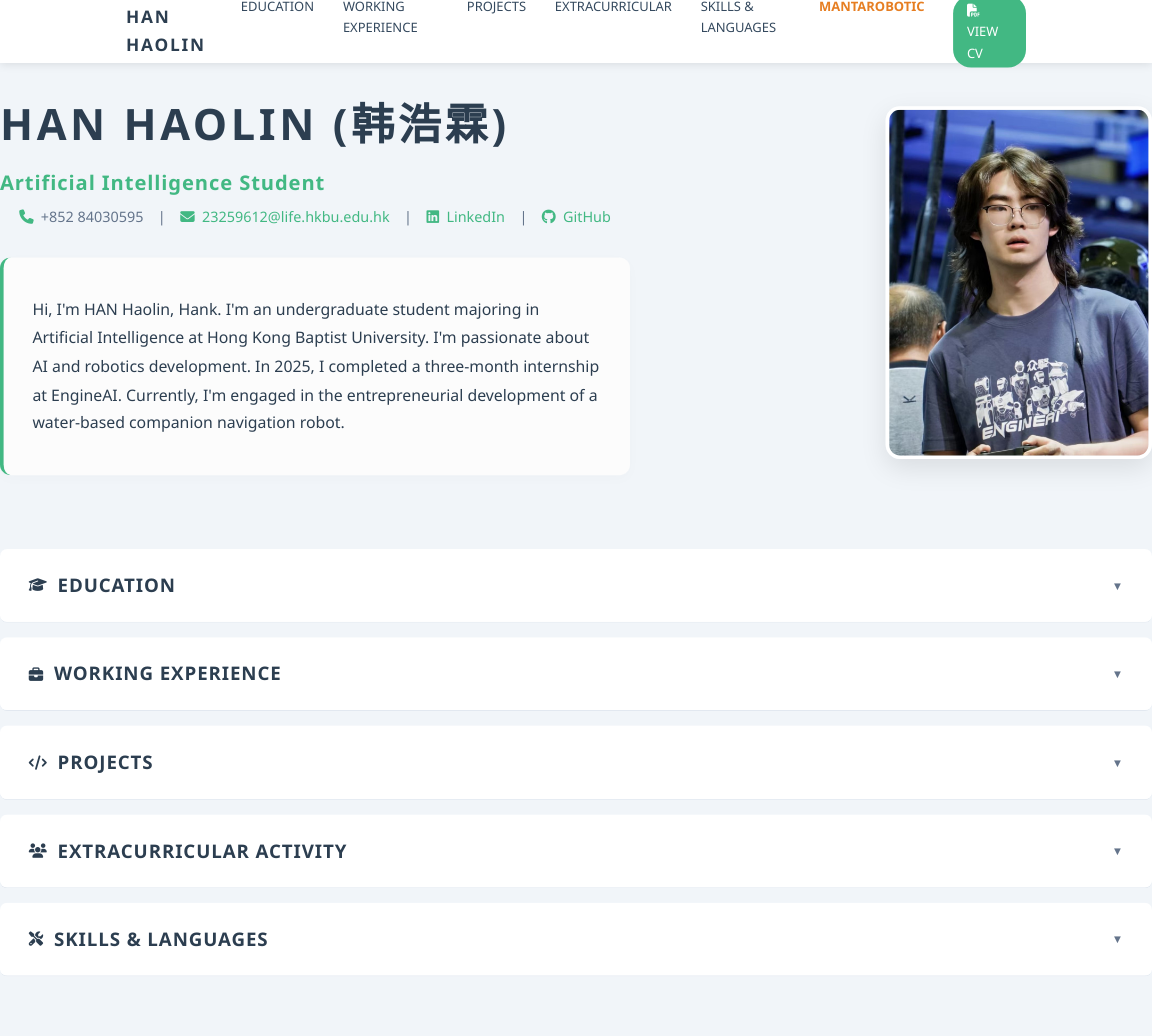
Repository: hhl2802149944-afk/hhl2802149944-afk.github.io
Page: /
The author's editor kept a copy of each file at every save. The page is drawn from the files as they stood at one save, then again after the next save.
The browser window is 1280 px wide. The pictures show the whole page, at 90% of full size.
The project was rebuilt for these pictures with package versions that can differ from the ones it lists, and the page was loaded fresh each time. Also part of the build but not shown: vite.config.js, src/components/ProjectCard.vue, src/views/MantaRoboticView.vue.

Above is the page before, as saved 2026-01-22 11:15:13.

### index.html
<!DOCTYPE html>
<html lang="en">
  <head>
    <meta charset="UTF-8">
    <link rel="icon" href="/favicon.ico">
    <meta name="viewport" content="width=device-width, initial-scale=1.0">
    <title>Han Haolin - Resume</title>
  </head>
  <body>
    <div id="app"></div>
    <script type="module" src="/src/main.js"></script>
  </body>
</html>

### src/main.js
import { createApp } from 'vue'
import App from './App.vue'
import router from './router'
import './assets/main.css'
import '@fortawesome/fontawesome-free/css/all.css'

const app = createApp(App)

app.use(router)

app.mount('#app')

### src/App.vue
<script setup>
import { RouterView } from 'vue-router'
</script>

<template>
  <RouterView />
</template>

<style>
/* Global styles can go here */
</style>

### src/router/index.js
import { createRouter, createWebHistory } from 'vue-router'
import HomeView from '../views/HomeView.vue'
import MantaRoboticView from '../views/MantaRoboticView.vue'

const router = createRouter({
  history: createWebHistory(import.meta.env.BASE_URL),
  routes: [
    {
      path: '/',
      name: 'home',
      component: HomeView
    },
    {
      path: '/manta-robotic',
      name: 'manta-robotic',
      component: MantaRoboticView
    }
  ]
})

export default router

### src/assets/main.css
:root {
  --primary-color: #2c3e50;
  --secondary-color: #34495e;
  --accent-color: #42b883;
  --text-color: #2c3e50;
  --light-text: #64748b;
  --bg-color: #f1f5f9;
  --card-bg: #ffffff;
  --border-color: #e2e8f0;
}

body {
  margin: 0;
  font-family: 'Segoe UI', Roboto, Helvetica, Arial, sans-serif;
  background-color: var(--bg-color);
  color: var(--text-color);
  line-height: 1.6;
}

.home {
  max-width: 1000px;
  margin: 0 auto;
  min-height: 100vh;
  background-color: white;
  box-shadow: 0 0 20px rgba(0,0,0,0.05);
  padding: 3rem 4rem;
}

h1, h2, h3, h4 {
  color: var(--primary-color);
  margin-top: 0;
}

a {
  color: var(--accent-color);
  text-decoration: none;
  transition: color 0.2s;
}

a:hover {
  color: var(--secondary-color);
  text-decoration: underline;
}

@media (max-width: 768px) {
  .home {
    padding: 2rem;
  }
}

@media (max-width: 480px) {
  .home {
    padding: 1rem;
  }
}

### src/views/HomeView.vue
<script setup>
import NavBar from '../components/NavBar.vue'
import ResumeHeader from '../components/ResumeHeader.vue'
import ResumeSection from '../components/ResumeSection.vue'
import ProjectCard from '../components/ProjectCard.vue'

const resumeData = {
  name: "Han Haolin (韩浩霖)",
  title: "Artificial Intelligence Student",
  summary: "Hi, I'm HAN Haolin, Hank. I'm an undergraduate student majoring in Artificial Intelligence at Hong Kong Baptist University. I'm passionate about AI and robotics development. In 2025, I completed a three-month internship at EngineAI. Currently, I'm engaged in the entrepreneurial development of a water-based companion navigation robot.",
  contact: {
    phone: "+852 84030595",
    email: "23259612@life.hkbu.edu.hk",
    linkedin: "https://linkedin.com/in/HaolinHAN",
    github: "https://github.com/hhl2802149944-afk"
  },
  education: {
    school: "Hong Kong Baptist University",
    major: "Artificial Intelligence",
    gpa: "3.01/4",
    courses: ["Artificial Intelligence and Machine Learning", "Software Engineering", "Data Communications and Networking"]
  },
  experience: [
    {
      name: "EngineAI Robotics Technology Co., Ltd.",
      date: "May - Aug 2025",
      role: "Robot Embedded Software Intern",
      details: [
        "Learning robot embedded software development based on the Ubuntu system, conducting factory testing of products and developing with the Intel RealSense D435i.",
        "Participate in world-class artificial intelligence exhibitions such as Macau EXPO and WRC, showcasing company products while conducting market research and sales activities"
      ]
    },
    {
      name: "Student Helper for Computer Science",
      date: "Nov - Dec 2024",
      role: "Hong Kong Baptist University",
      details: [
        "Facilitated weekly Python programming labs under professor supervision.",
        "Providing hands-on coding guidance to 30+ undergraduate students."
      ]
    }
  ],
  projects: [
    {
      name: "Internship Management System Documentation",
      date: "Oct 2025 - Dec 2025",
      role: "Software Engineering Project",
      details: [
        "Proposal for Enhancements and Testing Plan for the Internship System.",
        "Total: 105 pages, 13,377 words."
      ]
    },
    {
      name: "Online Multiplayer Drawing and Chat Platform",
      date: "2025",
      role: "Full-Stack Developer",
      details: [
        "Designed and implemented a real-time multiplayer drawing and chat system.",
        "Full-Stack Design for a Library Management Website."
      ]
    },
    {
      name: "Java Game Development Portfolio",
      date: "2024",
      role: "Game Programmer",
      details: [
        "Successfully developed three classic games: Labyrinth, Tetris, and Modern Art.",
        "Designed and developed an original computer game as an independent project."
      ]
    },
    {
      name: "Soccer Recognition AI System",
      date: "2025",
      role: "AI Developer",
      details: [
        "Developed an autonomous model for identifying and tracking players and the ball in soccer footage.",
        "Implemented computer vision algorithms to process real-time sports video data."
      ]
    }
  ],
  extracurricular: [
    {
      name: "Internal Vice President",
      date: "Apr 2024 - Apr 2025",
      role: "HKBU Chinese Students and Scholars Association",
      details: [
        "Communicated with executive board members, organized team building, and improved cohesion.",
        "Organised a two-week orientation programme for 300 new mainland students.",
        "Managed a total of 13 events during the year."
      ]
    },
    {
      name: "ROBOCON 2025，HKBU",
      date: "Dec 2024 - Jan 2025",
      role: "Mechanical Design and Programming Engineer",
      details: [
        "Mechanical designer for the HKBU team in the 2025 Robocon robotics competition.",
        "Assisted with site identification and programming of AI autonomous task modules."
      ]
    }
  ],
  skills: {
    programming: ["Python", "Java", "Javascript", "HTML", "Markdown"],
    ai_tech: ["CNN", "RNN", "GAN", "Ubuntu"],
    publicity: ["Canva", "WeChat Public", "Capcut"]
  },
  languages: [
    { name: "Mandarin", level: "Native" },
    { name: "English", level: "Fluent" },
    { name: "Cantonese", level: "Basic" }
  ]
}
</script>

<template>
  <NavBar />
  <main class="resume-container">
    <ResumeHeader
      :name="resumeData.name"
      :title="resumeData.title"
      :contact="resumeData.contact"
      :summary="resumeData.summary"
    />

    <ResumeSection title="Education" id="education">
      <template #icon><i class="fas fa-graduation-cap"></i></template>
      <div class="education-item">
        <div class="edu-header">
          <h3>{{ resumeData.education.school }}</h3>
          <span class="gpa">cGPA: {{ resumeData.education.gpa }}</span>
        </div>
        <p class="major">Major: {{ resumeData.education.major }}</p>
        <p class="courses"><strong>Core Courses:</strong> {{ resumeData.education.courses.join(', ') }}</p>
      </div>
    </ResumeSection>

    <ResumeSection title="Working Experience" id="experience">
      <template #icon><i class="fas fa-briefcase"></i></template>
      <ProjectCard
        v-for="(exp, index) in resumeData.experience"
        :key="index"
        :project="exp"
      />
    </ResumeSection>

    <ResumeSection title="Projects" id="projects">
      <template #icon><i class="fas fa-code"></i></template>
      <ProjectCard
        v-for="(proj, index) in resumeData.projects"
        :key="index"
        :project="proj"
      />
    </ResumeSection>

    <ResumeSection title="Extracurricular Activity" id="extracurricular">
      <template #icon><i class="fas fa-users"></i></template>
      <ProjectCard
        v-for="(item, index) in resumeData.extracurricular"
        :key="index"
        :project="item"
      />
    </ResumeSection>

    <ResumeSection title="Skills & Languages" id="skills">
      <template #icon><i class="fas fa-tools"></i></template>
      <div class="skills-lang-grid">
        <div class="skills-grid">
          <div class="skill-category">
            <h4>Programming</h4>
            <div class="skill-tags">
              <span v-for="skill in resumeData.skills.programming" :key="skill" class="tag">{{ skill }}</span>
            </div>
          </div>
          <div class="skill-category">
            <h4>AI & Tools</h4>
            <div class="skill-tags">
              <span v-for="skill in resumeData.skills.ai_tech" :key="skill" class="tag">{{ skill }}</span>
            </div>
          </div>
          <div class="skill-category">
            <h4>Publicity & Design</h4>
            <div class="skill-tags">
              <span v-for="skill in resumeData.skills.publicity" :key="skill" class="tag">{{ skill }}</span>
            </div>
          </div>
        </div>

        <div class="lang-list">
          <div v-for="lang in resumeData.languages" :key="lang.name" class="lang-item">
            <span class="lang-name">{{ lang.name }}</span>
            <span class="lang-level">{{ lang.level }}</span>
          </div>
        </div>
      </div>
    </ResumeSection>
  </main>
</template>

<style scoped>
.resume-container {
  padding-bottom: 50px;
}

.education-item {
  margin-bottom: 1.5rem;
}

.edu-header {
  display: flex;
  justify-content: space-between;
  align-items: center;
}

.major {
  font-weight: bold;
  color: var(--accent-color);
  margin: 0.2rem 0;
}

.courses {
  font-size: 0.9rem;
  color: #555;
}

.skills-lang-grid {
  display: grid;
  grid-template-columns: 2fr 1fr;
  gap: 2rem;
  align-items: start;
}

.skills-grid {
  display: flex;
  flex-direction: column;
  gap: 1.5rem;
}

.skill-category h4 {
  margin-bottom: 1rem;
  color: var(--secondary-color);
  border-bottom: 1px solid #ddd;
  padding-bottom: 0.3rem;
  font-size: 1rem;
}

.skill-tags {
  display: flex;
  flex-wrap: wrap;
  gap: 0.5rem;
}

.tag {
  background: #eef2f7;
  padding: 0.3rem 0.8rem;
  border-radius: 15px;
  font-size: 0.85rem;
  color: var(--primary-color);
}

.lang-list {
  display: flex;
  flex-direction: column;
  gap: 0.8rem;
}

.lang-item {
  display: flex;
  justify-content: space-between;
  padding: 0.5rem;
  background: white;
  border-radius: 4px;
  border-left: 3px solid var(--accent-color);
  box-shadow: 0 1px 3px rgba(0,0,0,0.05);
}

.lang-name {
  font-weight: bold;
}

.lang-level {
  color: #666;
  font-size: 0.9rem;
}

@media (max-width: 768px) {
  .skills-lang-grid {
    grid-template-columns: 1fr;
  }
}
</style>

### src/components/NavBar.vue
<script setup>
import { ref } from 'vue'
import { useRouter, useRoute } from 'vue-router'

const router = useRouter()
const route = useRoute()
const isMenuOpen = ref(false)

const sections = [
  { id: 'education', name: 'Education' },
  { id: 'experience', name: 'Working Experience' },
  { id: 'projects', name: 'Projects' },
  { id: 'extracurricular', name: 'Extracurricular' },
  { id: 'skills', name: 'Skills & Languages' }
]

const scrollToSection = async (id) => {
  if (route.name !== 'home') {
    await router.push({ name: 'home' })
    // Wait for the DOM to update
    setTimeout(() => {
      const el = document.getElementById(id)
      if (el) {
        el.scrollIntoView({ behavior: 'smooth' })
      }
    }, 100)
  } else {
    const el = document.getElementById(id)
    if (el) {
      el.scrollIntoView({ behavior: 'smooth' })
    }
  }
  isMenuOpen.value = false
}

const goToMantaRobotic = () => {
  router.push({ name: 'manta-robotic' })
  isMenuOpen.value = false
}
</script>

<template>
  <nav class="navbar">
    <div class="nav-container">
      <div class="nav-logo" @click="scrollToSection('hero')">HAN HAOLIN</div>

      <div class="nav-links" :class="{ 'nav-active': isMenuOpen }">
        <div v-for="section in sections"
             :key="section.id"
             class="nav-item"
             @click="scrollToSection(section.id)">
          {{ section.name }}
        </div>
        <div class="nav-item highlight" @click="goToMantaRobotic">
          MantaRobotic
        </div>
        <a href="/assets/HAN Haolin's CV.pdf" target="_blank" class="nav-item cv-button">
          <i class="fas fa-file-pdf"></i> View CV
        </a>
      </div>

      <div class="burger" @click="isMenuOpen = !isMenuOpen">
        <div class="line1"></div>
        <div class="line2"></div>
        <div class="line3"></div>
      </div>
    </div>
  </nav>
</template>

<style scoped>
.navbar {
  position: fixed;
  top: 0;
  left: 0;
  width: 100%;
  height: 70px;
  background: white;
  display: flex;
  justify-content: center;
  align-items: center;
  z-index: 1000;
  box-shadow: 0 2px 10px rgba(0,0,0,0.1);
}

.nav-container {
  width: 100%;
  max-width: 1000px;
  display: flex;
  justify-content: space-between;
  align-items: center;
  padding: 0 4rem;
}

.nav-logo {
  font-weight: bold;
  font-size: 1.2rem;
  letter-spacing: 2px;
  cursor: pointer;
  color: var(--primary-color);
}

.nav-links {
  display: flex;
  gap: 2rem;
}

.nav-item {
  cursor: pointer;
  font-weight: 500;
  color: var(--secondary-color);
  transition: color 0.3s;
  font-size: 0.9rem;
  text-transform: uppercase;
}

.nav-item:hover {
  color: var(--accent-color);
}

.nav-item.highlight {
  color: #e67e22;
  font-weight: bold;
}

.cv-button {
  background: var(--accent-color);
  color: white !important;
  padding: 5px 15px;
  border-radius: 20px;
  transition: transform 0.2s, background 0.2s;
  text-decoration: none !important;
}

.cv-button:hover {
  transform: translateY(-2px);
  background: var(--secondary-color);
}

.burger {
  display: none;
  cursor: pointer;
}

.burger div {
  width: 25px;
  height: 3px;
  background-color: var(--primary-color);
  margin: 5px;
  transition: all 0.3s ease;
}

@media screen and (max-width: 768px) {
  .nav-container {
    padding: 0 2rem;
  }

  .nav-links {
    position: absolute;
    right: 0px;
    height: 92vh;
    top: 70px;
    background-color: white;
    display: flex;
    flex-direction: column;
    align-items: center;
    width: 50%;
    transform: translateX(100%);
    transition: transform 0.5s ease-in;
    padding-top: 2rem;
  }

  .nav-links.nav-active {
    transform: translateX(0%);
  }

  .burger {
    display: block;
  }
}

@media screen and (max-width: 480px) {
  .nav-container {
    padding: 0 1rem;
  }
}
</style>

### src/components/ResumeHeader.vue
<script setup>
defineProps({
  name: String,
  title: String,
  contact: Object,
  summary: String
})

const imageUrl = '/assets/HAN Haolin.jpg'
</script>

<template>
  <header class="resume-header" id="hero">
    <div class="header-content">
      <div class="profile-pic-container">
        <img :src="imageUrl" alt="Han Haolin" class="profile-pic">
      </div>
      <div class="text-info">
        <h1>{{ name }}</h1>
        <p class="subtitle">{{ title }}</p>
        <div class="contact-info">
          <span><i class="fas fa-phone"></i> {{ contact.phone }}</span> |
          <a :href="'mailto:' + contact.email"><i class="fas fa-envelope"></i> {{ contact.email }}</a> |
          <a :href="contact.linkedin" target="_blank"><i class="fab fa-linkedin"></i> LinkedIn</a> |
          <a :href="contact.github" target="_blank"><i class="fab fa-github"></i> GitHub</a>
        </div>
        <div class="about-me">
          <p>{{ summary }}</p>
        </div>
      </div>
    </div>
  </header>
</template>

<style scoped>
.resume-header {
  padding: 100px 0 50px 0;
  margin-bottom: 2rem;
  text-align: left;
}

.header-content {
  display: flex;
  flex-direction: row-reverse;
  justify-content: space-between;
  align-items: center;
  gap: 2rem;
}

.text-info {
  max-width: 700px;
}

h1 {
  margin: 0;
  font-size: 3rem;
  text-transform: uppercase;
  letter-spacing: 4px;
  color: var(--primary-color);
}

.subtitle {
  font-size: 1.4rem;
  color: var(--accent-color);
  font-weight: 600;
  margin: 0.5rem 0;
  letter-spacing: 1px;
}

.contact-info {
  font-size: 1rem;
  color: var(--light-text);
  margin-bottom: 2rem;
  display: flex;
  justify-content: center;
  align-items: center;
  gap: 1rem;
  flex-wrap: wrap;
}

.contact-info i {
  color: var(--accent-color);
  margin-right: 4px;
}

.about-me {
  text-align: left;
  line-height: 1.8;
  font-size: 1.1rem;
  color: var(--text-color);
  background: #fcfcfc;
  padding: 1.5rem 2rem;
  border-radius: 12px;
  border-left: 4px solid var(--accent-color);
  box-shadow: 0 4px 15px rgba(0,0,0,0.02);
}

.profile-pic-container {
  width: 288px; /* 240 * 1.2 */
  height: 384px; /* 320 * 1.2 */
  border-radius: 16px;
  overflow: hidden;
  box-shadow: 0 10px 30px rgba(0,0,0,0.1);
  border: 4px solid white;
}

.profile-pic {
  width: 120%;
  height: 120%;
  object-fit: cover;
}

@media (max-width: 768px) {
  h1 { font-size: 2.2rem; }
  .profile-pic-container {
    width: 200px;
    height: 266px;
  }
}
</style>

### src/components/ResumeSection.vue
<script setup>
import { ref } from 'vue'

defineProps({
  title: String,
  id: String
})

const isOpen = ref(false)
</script>

<template>
  <section :id="id" class="resume-section">
    <div class="section-header" @click="isOpen = !isOpen">
      <div class="title-with-icon">
        <slot name="icon"></slot>
        <h2>{{ title }}</h2>
      </div>
      <span class="toggle-icon" :class="{ 'is-open': isOpen }">▼</span>
    </div>
    <transition name="fade">
      <div v-if="isOpen" class="section-content">
        <slot></slot>
      </div>
    </transition>
  </section>
</template>

<style scoped>
.resume-section {
  margin-bottom: 1rem;
  background: white;
  border-radius: 8px;
  overflow: hidden;
  border-bottom: 1px solid var(--border-color);
}

.section-header {
  padding: 1.5rem 2rem;
  display: flex;
  justify-content: space-between;
  align-items: center;
  cursor: pointer;
  background: #fff;
  transition: background 0.3s;
}

.section-header:hover {
  background: #fcfcfc;
}

.title-with-icon {
  display: flex;
  align-items: center;
  gap: 12px;
}

.title-with-icon i {
  color: var(--accent-color);
  font-size: 1.2rem;
}

h2 {
  font-size: 1.3rem;
  margin: 0;
  text-transform: uppercase;
  letter-spacing: 1px;
  color: var(--primary-color);
}

.toggle-icon {
  font-size: 0.8rem;
  transition: transform 0.3s;
  color: var(--light-text);
}

.toggle-icon.is-open {
  transform: rotate(180deg);
}

.section-content {
  padding: 0 2rem 2rem 2rem;
}

.fade-enter-active, .fade-leave-active {
  transition: opacity 0.3s ease, transform 0.3s ease;
}

.fade-enter-from, .fade-leave-to {
  opacity: 0;
  transform: translateY(-10px);
}
</style>

After the next save:
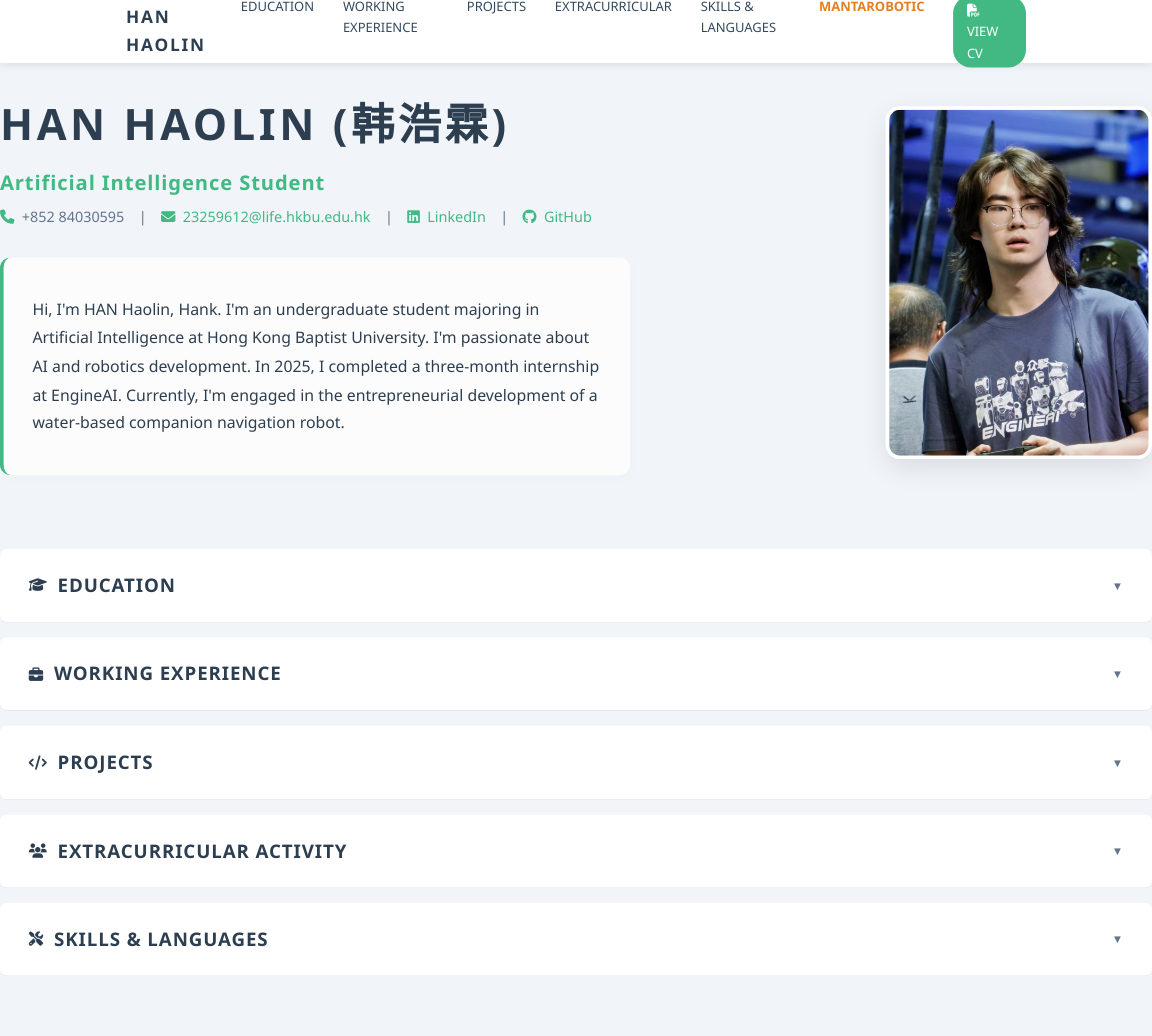
Saved 5 s later.
--- a/src/components/ResumeHeader.vue
+++ b/src/components/ResumeHeader.vue
@@ -72,7 +72,7 @@ h1 {
   color: var(--light-text);
   margin-bottom: 2rem;
   display: flex;
-  justify-content: center;
+  justify-content: flex-start;
   align-items: center;
   gap: 1rem;
   flex-wrap: wrap;
